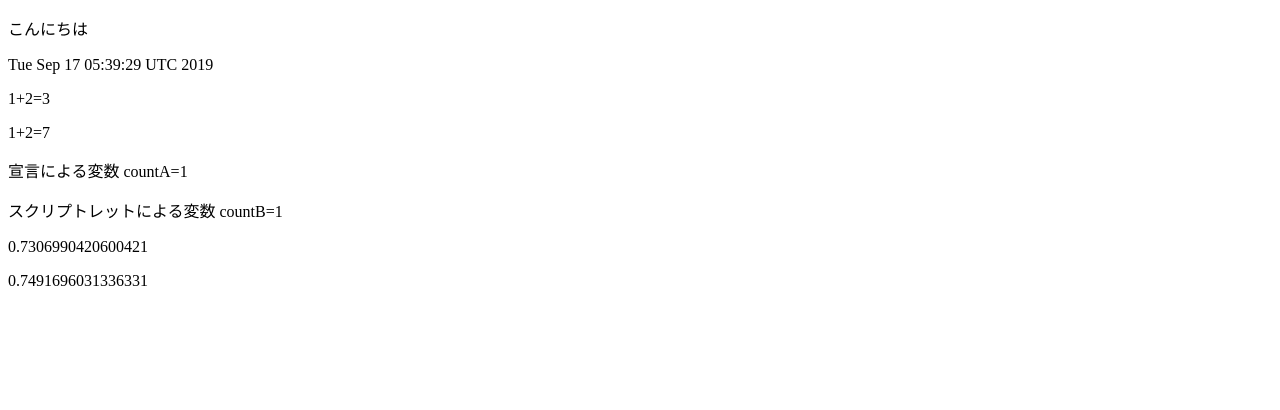
Repository: username-0115/test
Page: http://localhost/HelloJSP/
The author's editor kept a copy of each file at every save. The page is drawn from the files as they stood at one save, then again after the next save.
The browser window is 1280 px wide. The pictures show the whole page.
The page is served by Tomcat 9.

Above is the page before, as saved 2019-09-17 06:41:22.

### HelloJSP/WebContent/index.jsp
<%@ page language="java" contentType="text/html; charset=UTF-8"
    pageEncoding="UTF-8"%>
<!DOCTYPE html>
<html>
<head>
<meta charset="UTF-8">
<title>TEST</title>
</head>
<body>
<p>こんにちは</p>
<% out.println(new java.util.Date()); %>

<%! int add(int a,int b){return a+b;} %>
<p>1+2=<%=add(1,2) %></p>
<p>1+2=<%=add(3,4) %></p>

<%! int countA=0; %>
<% int countB=0; countA++; countB++; %>

<p>宣言による変数 countA=<%=countA %></p>
<P>スクリプトレットによる変数 countB=<%=countB %></P>

<p><% out.println(Math.random()); %></p>
<p><%=Math.random() %></p>

</body>
</html>

After the next save:
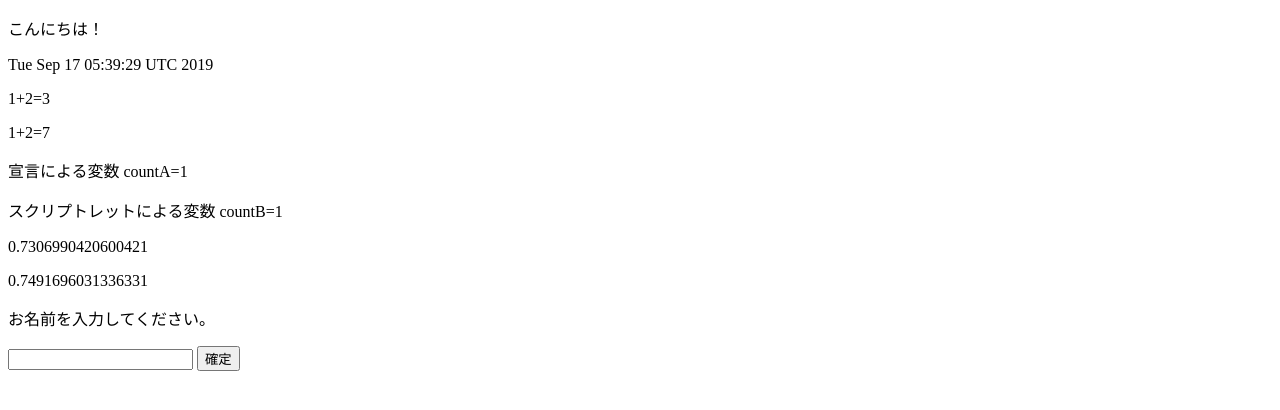
Saved 2 min 51 s later.
--- a/HelloJSP/WebContent/index.jsp
+++ b/HelloJSP/WebContent/index.jsp
@@ -7,7 +7,7 @@
 <title>TEST</title>
 </head>
 <body>
-<p>こんにちは</p>
+<p>こんにちは！</p>
 <% out.println(new java.util.Date()); %>
 
 <%! int add(int a,int b){return a+b;} %>
@@ -23,5 +23,11 @@
 <p><% out.println(Math.random()); %></p>
 <p><%=Math.random() %></p>
 
+<p>お名前を入力してください。</p>
+<form method="post" action="greeting-out.jsp">
+<input type="text" name="user">
+<input type="submit" value="確定">
+</form>
+
 </body>
 </html>
